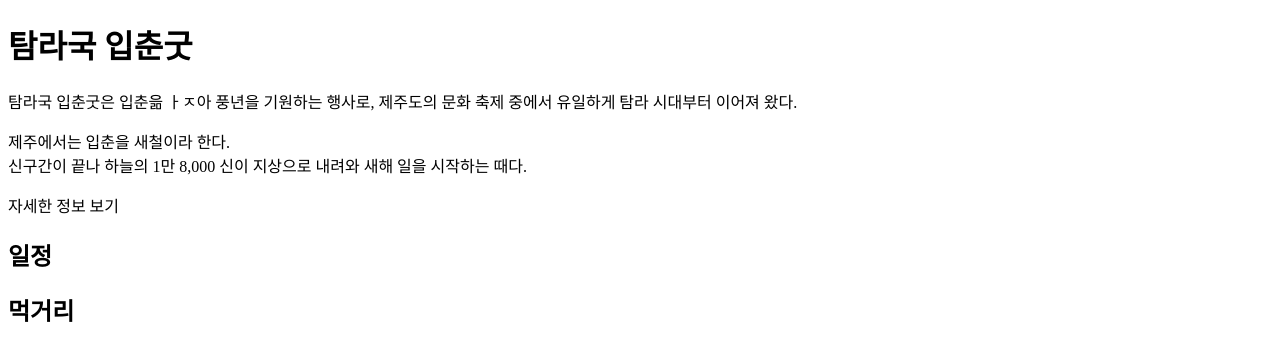
Repository: rnqhstjr12/Study_Html
Page: webTest1/src/main/webapp/NewFile.html
The author's editor kept a copy of each file at every save. The page is drawn from the files as they stood at one save, then again after the next save.
The browser window is 1280 px wide. The pictures show the whole page.

Above is the page before, as saved 2023-09-19 01:49:40.

After the next save:
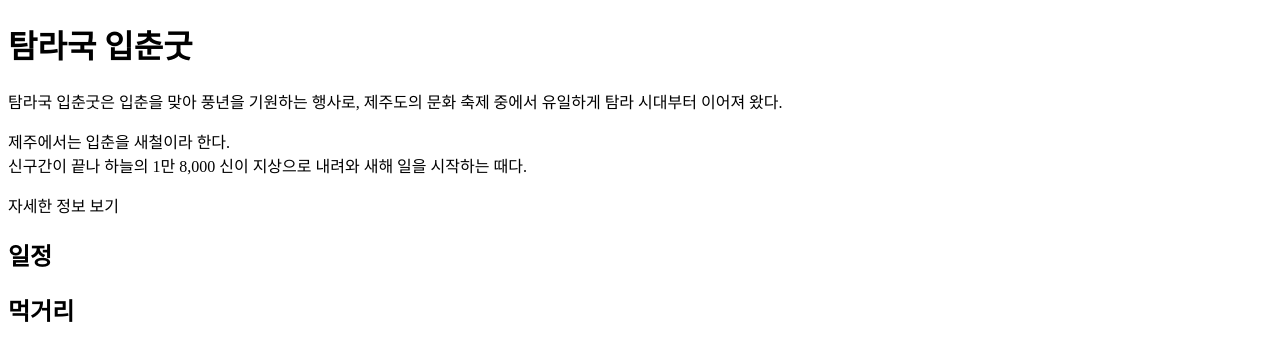
Saved 14 s later.
--- a/webTest1/src/main/webapp/NewFile.html
+++ b/webTest1/src/main/webapp/NewFile.html
@@ -8,7 +8,7 @@
 <body>
 	<div id="container">
 		<h1>탐라국 입춘굿</h1>
-		<p>탐라국 입춘굿은 입춘읆 ㅏㅈ아 풍년을 기원하는 행사로, 제주도의 문화 축제 중에서 유일하게 탐라 시대부터 이어져 왔다.</p>
+		<p>탐라국 입춘굿은 입춘을 맞아 풍년을 기원하는 행사로, 제주도의 문화 축제 중에서 유일하게 탐라 시대부터 이어져 왔다.</p>
 		<p>제주에서는 입춘을 새철이라 한다. <br>신구간이 끝나 하늘의 1만 8,000 신이 지상으로 내려와 새해 일을 시작하는 때다.</p>
 		<p>자세한 정보 보기</p>
 		<h2>일정</h2>
